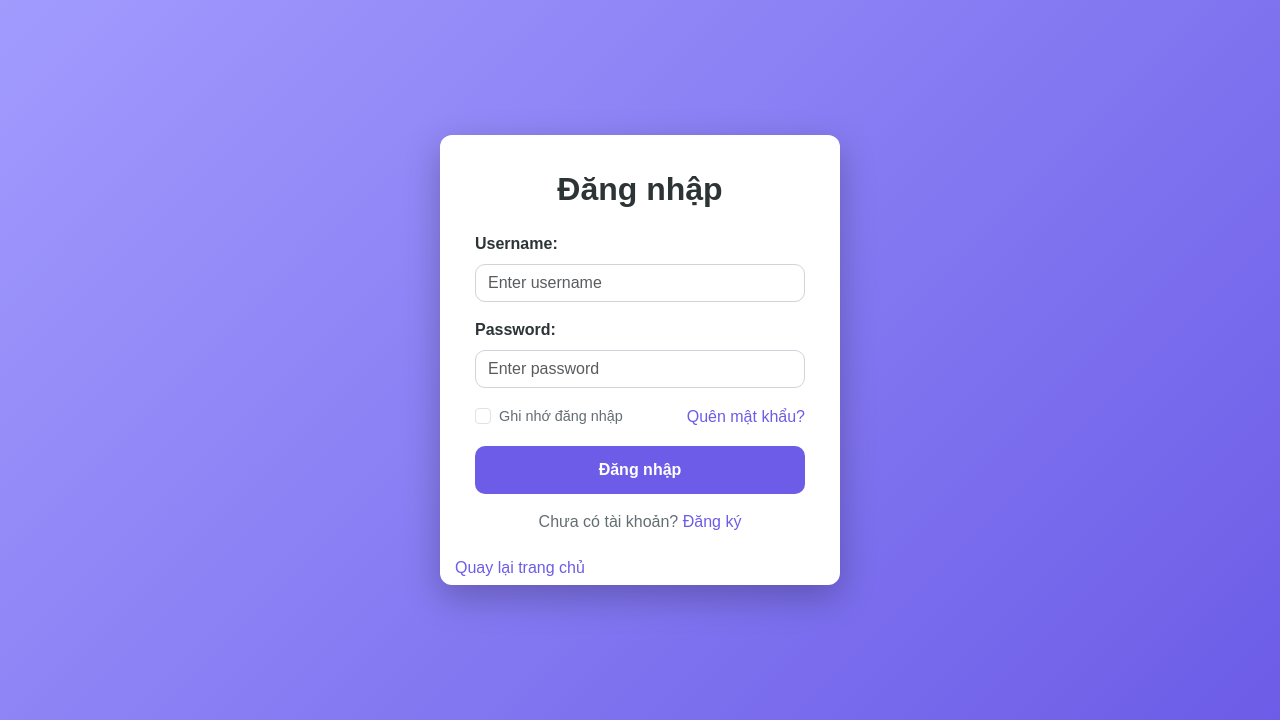
Repository: manhtdxxx/Tour-Booking-Webapp
Page: http://localhost/bookingTour/login.jsp
An editor plug-in stored every save of this project. The page is shown before and after the next save, followed by the edit.
The browser window is 1280 px wide. The pictures show the whole page.
The page is served by Tomcat 9. Other server files are loaded and not shown.

Above is the page before, as saved 2024-11-11 02:18:50.

### bookingTour/src/main/webapp/login.jsp
<%@ page language="java" contentType="text/html; charset=UTF-8" pageEncoding="UTF-8"%>
<!DOCTYPE html>
<html>
<head>
<title>Đăng nhập</title>
<meta charset="utf-8">
<meta name="viewport" content="width=device-width, initial-scale=1">

<link href="https://cdn.jsdelivr.net/npm/bootstrap@5.3.3/dist/css/bootstrap.min.css"
	rel="stylesheet">
<script src="https://cdn.jsdelivr.net/npm/bootstrap@5.3.3/dist/js/bootstrap.bundle.min.js"></script>

<style>
body {
	background: linear-gradient(135deg, #a29bfe, #6c5ce7);
	font-family: Arial, sans-serif;
}

.container {
	max-width: 400px;
	background-color: #fff;
	padding: 35px;
	border-radius: 12px;
	box-shadow: 0px 12px 35px rgba(0, 0, 0, 0.25);
	animation: fadeIn 1.2s ease;
}

@
keyframes fadeIn {from { opacity:0;
	transform: translateY(-20px);
}

to {
	opacity: 1;
	transform: translateY(0);
}

}
h1 {
	font-size: 2rem;
	font-weight: bold;
	color: #2d3436;
}

.form-label {
	font-weight: 600;
	color: #2d3436;
}

.form-control {
	border-radius: 10px;
	border: 1px solid #ced4da;
	transition: border-color 0.3s, box-shadow 0.3s;
}

.form-control:focus {
	border-color: #6c5ce7;
	box-shadow: 0 0 6px rgba(108, 92, 231, 0.3);
}

.form-check-label {
	font-size: 0.9rem;
	color: #636e72;
}

a {
	color: #6c5ce7;
	text-decoration: none;
	transition: color 0.2s;
}

a:hover {
	color: #341f97;
	text-decoration: underline;
}

.btn-primary {
	background-color: #6c5ce7;
	border: none;
	border-radius: 10px;
	padding: 12px 25px;
	font-weight: bold;
	transition: background-color 0.3s, transform 0.2s;
}

.btn-primary:hover {
	background-color: #341f97;
	transform: translateY(-3px);
}

p {
	margin-top: 18px;
	text-align: center;
	color: #636e72;
}
</style>
</head>

<body class="d-flex align-items-center justify-content-center vh-100">

	<%
	String error = (String) request.getAttribute("error");
	error = (error != null) ? error : "";
	%>

	<div class="container position-relative">
		<h1 class="text-center mb-4">Đăng nhập</h1>

		<!-- Error Message -->
		<%
		if (!error.isEmpty()) {
		%>
		<div class="alert alert-danger alert-dismissible fade show">
			<button type="button" class="btn-close" data-bs-dismiss="alert"></button>
			<strong><%=error%></strong>
		</div>
		<%
		}
		%>

		<form action="do-login" method="post">
			<div class="mb-3">
				<label for="username" class="form-label">Username:</label> <input type="text"
					class="form-control" id="username" placeholder="Enter username" name="username" required>
			</div>
			<div class="mb-3">
				<label for="password" class="form-label">Password:</label> <input type="password"
					class="form-control" id="password" placeholder="Enter password" name="password" required>
			</div>
			<div class="d-flex align-items-center justify-content-between mb-3">
				<div class="form-check">
					<input class="form-check-input" type="checkbox" name="remember" id="remember"> <label
						class="form-check-label" for="remember">Ghi nhớ đăng nhập</label>
				</div>
				<a href="#">Quên mật khẩu?</a>
			</div>

			<button type="submit" class="btn btn-primary w-100">Đăng nhập</button>

			<p class="mt-3 text-center">
				Chưa có tài khoản? <a href="register.jsp">Đăng ký</a>
			</p>
		</form>

		<div class="position-absolute" style="bottom: 5px; left: 15px;">
			<a href="index.jsp">Quay lại trang chủ</a>
		</div>
	</div>

</body>
</html>

After the next save:
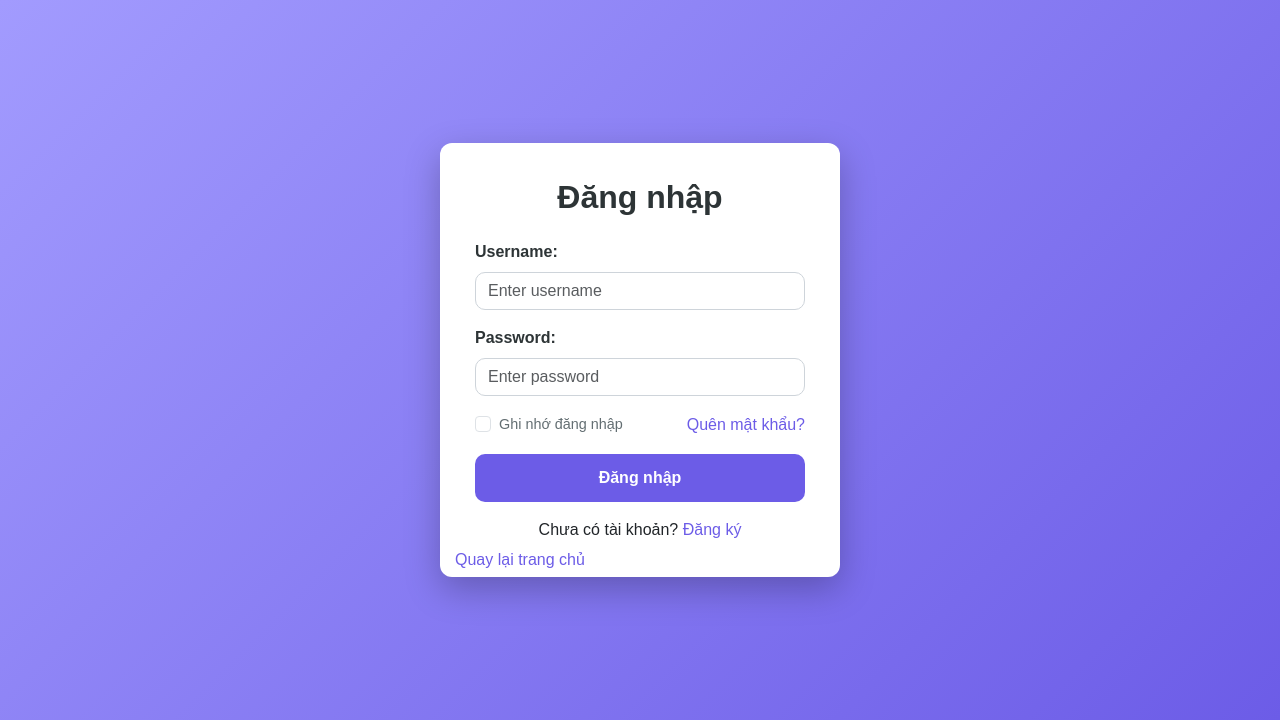
Saved 25 s later.
--- a/bookingTour/src/main/webapp/login.jsp
+++ b/bookingTour/src/main/webapp/login.jsp
@@ -137,9 +137,9 @@
 
 			<button type="submit" class="btn btn-primary w-100">Đăng nhập</button>
 
-			<p class="mt-3 text-center">
+			<div class="mt-3 text-center">
 				Chưa có tài khoản? <a href="register.jsp">Đăng ký</a>
-			</p>
+			</div>
 		</form>
 
 		<div class="position-absolute" style="bottom: 5px; left: 15px;">

After the save that followed:
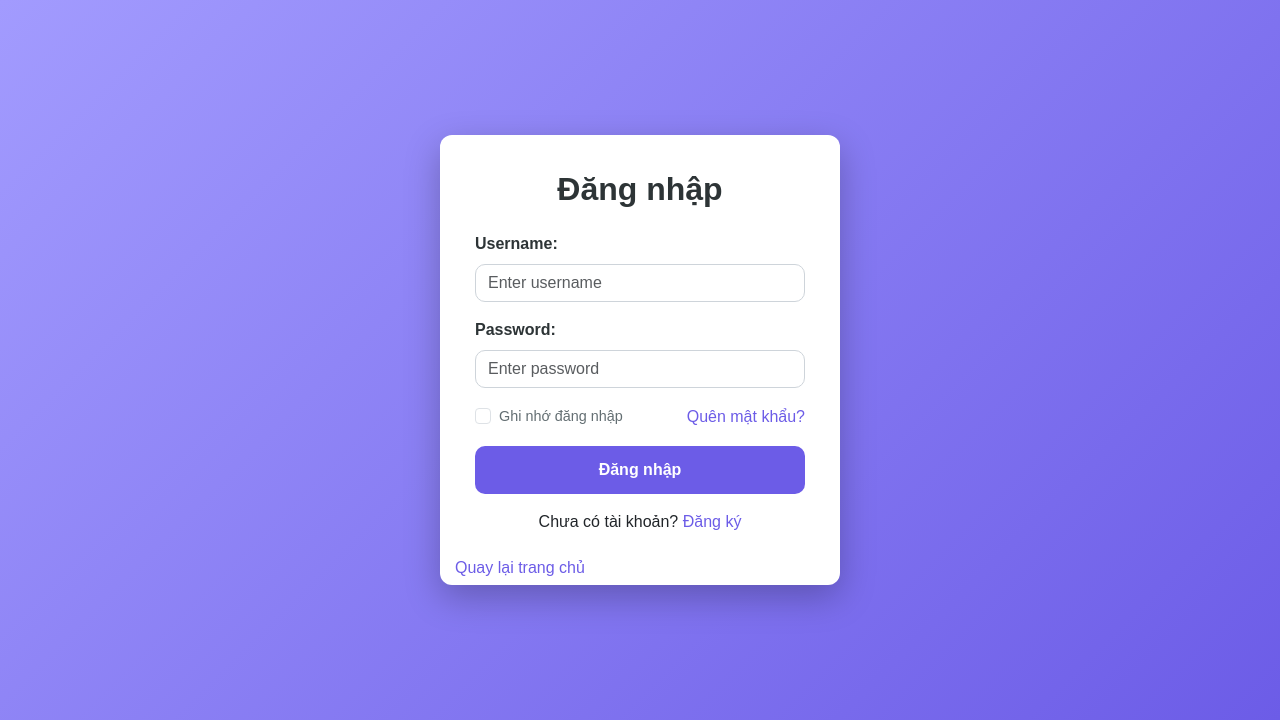
Saved 14 s later.
--- a/bookingTour/src/main/webapp/login.jsp
+++ b/bookingTour/src/main/webapp/login.jsp
@@ -137,7 +137,7 @@
 
 			<button type="submit" class="btn btn-primary w-100">Đăng nhập</button>
 
-			<div class="mt-3 text-center">
+			<div class="mt-3 mb-3 text-center">
 				Chưa có tài khoản? <a href="register.jsp">Đăng ký</a>
 			</div>
 		</form>
